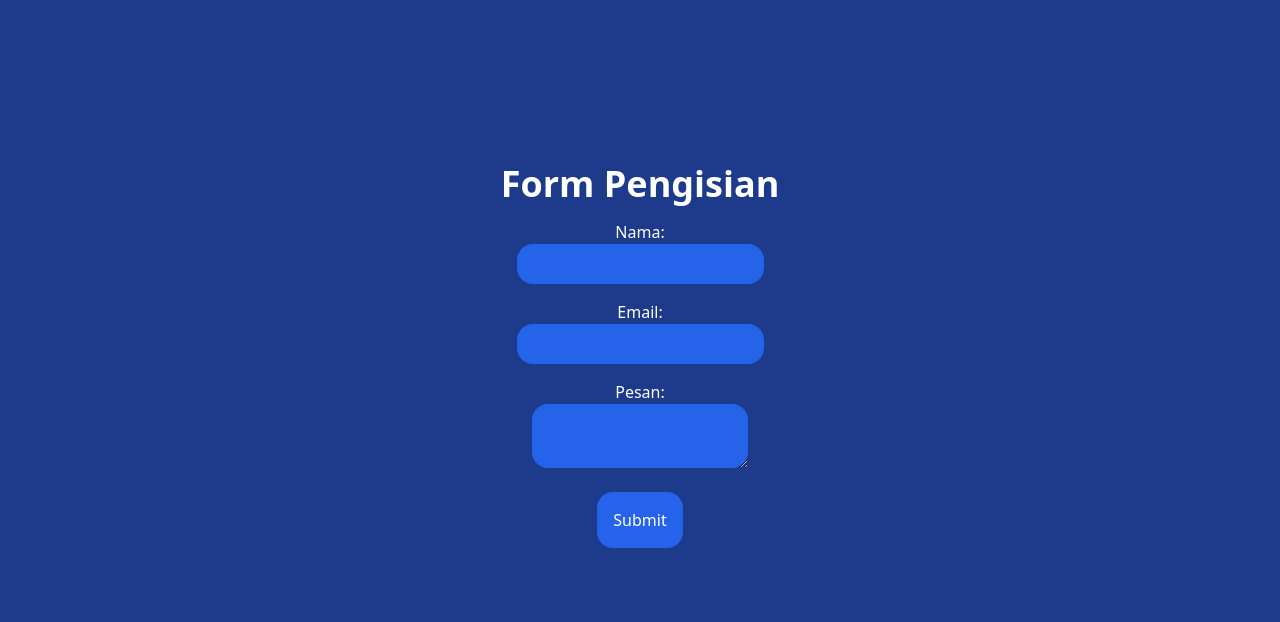
Repository: RifaiKN/flask-week10
Page: http://localhost/form/
The author's editor kept a copy of each file at every save. The page is drawn from the files as they stood at one save, then again after the next save.
The browser window is 1280 px wide. The pictures show the whole page.
The page is served by the project's application, run on Flask 3 (app.py). Other server files are loaded and not shown.

Above is the page before, as saved 2023-11-17 22:42:35.

### templates/form.html
<!DOCTYPE html>
<html lang="en">

<head>
    <meta charset="UTF-8">
    <meta name="viewport" content="width=device-width, initial-scale=1.0">
    <title>Form</title>
    <link rel="stylesheet" href="https://unpkg.com/tailwindcss@^2.2/dist/tailwind.min.css">
</head>

<body class="bg-blue-900 text-white flex flex-col items-center justify-center min-h-screen">
    <h1 class="text-4xl font-bold mb-4">Form Pengisian</h1>
    <form action="/form/" method="post" class="flex flex-col items-center">
        <label for="nama" class="text-white">Nama:</label>
        <input type="text" id="nama" name="nama" required
            class="bg-blue-600 text-white p-2 rounded-2xl focus:outline-none focus:ring focus:border-blue-300 mb-4">
        <label for="email" class="text-white">Email:</label>
        <input type="email" id="email" name="email" required
            class="bg-blue-600 text-white p-2 rounded-2xl focus:outline-none focus:ring focus:border-blue-300 mb-4">
        <label for="pesan" class="text-white">Pesan:</label>
        <textarea id="pesan" name="pesan" required
            class="bg-blue-600 text-white p-2 rounded-2xl focus:outline-none focus:ring focus:border-blue-300 mb-4"></textarea>
        <button type="submit"
            class="m-2 p-4 bg-blue-600 hover:bg-blue-700 rounded-2xl text-white focus:outline-none focus:ring focus:border-blue-300">
            Submit
        </button>
    </form>
</body>

</html>

### app.py
from flask import Flask, render_template, request, redirect
from fibonacci import get_fibonacci_sequence
from csv2json import tampilkan_data
import csv

app = Flask(__name__)

# Route untuk homepage - Nomor 1
@app.route('/')
def home():
    return render_template('home.html')

@app.route('/profil')
def profil():
    return render_template('profil.html')

@app.route('/hobi')
def hobi():
    return render_template('hobi.html')

@app.route('/pendidikan')
def pendidikan():
    return render_template('pendidikan.html')

@app.route('/pengalaman')
def pengalaman():
    return render_template('pengalaman.html')

# Route untuk Fibonacci - Nomor 2
@app.route('/fibonacci', methods=['GET', 'POST'])
def fibonacci():
    result = None
    error = None
    if request.method == 'POST':
        try:
            length = int(request.form['length'])
            if length < 0:
                raise ValueError("Deret Fibonacci tidak boleh kurang dari 0")
            result = get_fibonacci_sequence(length)
        except ValueError as e:
            error = str(e)

    return render_template('fibonacci.html', result=result, error=error)

# Route untuk CSV2JSON - Nomor 3
@app.route('/getjson')
def csvtojson():
    return tampilkan_data()

# Route untuk Form - Nomor 4
@app.route('/form/', methods=['GET', 'POST'])
def form():
    if request.method == 'POST':
        try:
            nama = request.form['nama']
            email = request.form['email']
            pesan = request.form['pesan']

            # Simpan data ke file forms.csv
            with open('static/forms.csv', 'a', newline='') as csvfile:
                fieldnames = ['Nama', 'Email', 'Pesan']
                writer = csv.DictWriter(csvfile, fieldnames=fieldnames)

                # Tulis data ke file CSV
                writer.writerow({'Nama': nama, 'Email': email, 'Pesan': pesan})

            return redirect('/hasilform/')  # Redirect ke halaman /hasilform/

        except Exception as e:
            return f"An error occurred: {str(e)}"

    return render_template('form.html')


@app.route('/hasilform/')
def hasil_form():
    # Baca data dari file forms.csv
    with open('static/forms.csv', 'r') as csvfile:
        reader = csv.DictReader(csvfile)
        data = list(reader)

    return render_template('hasilform.html', data=data)

if __name__ == "__main__":
    app.run(debug=True)

After the next save:
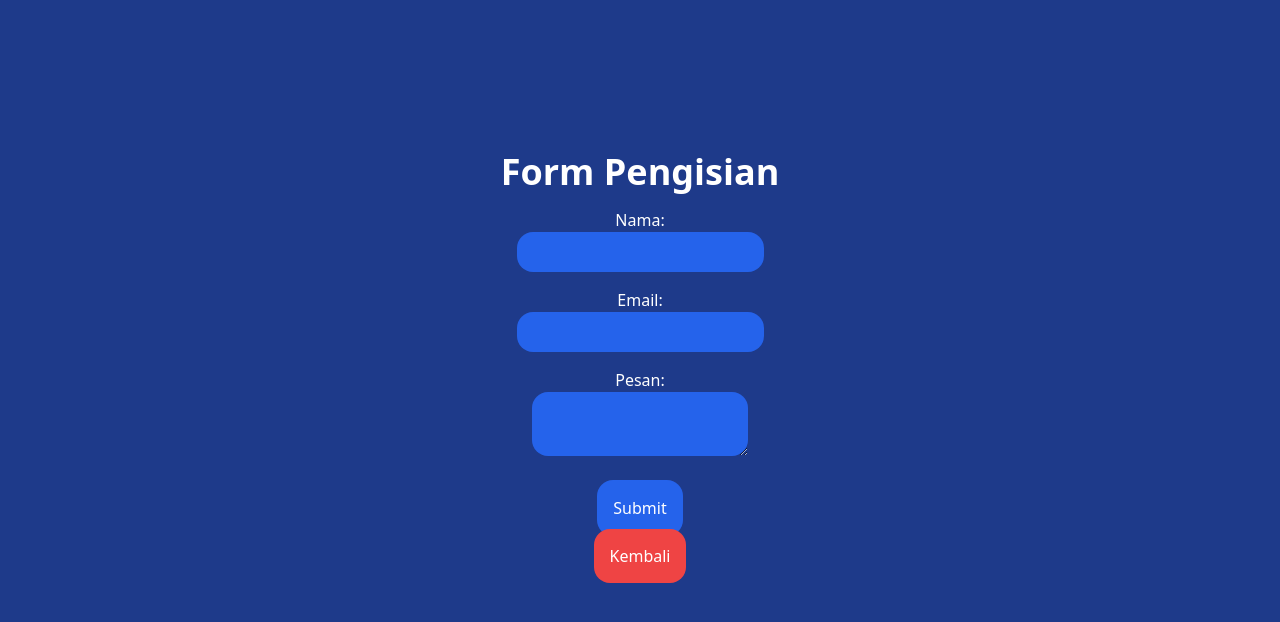
Saved 3 s later.
--- a/templates/form.html
+++ b/templates/form.html
@@ -25,6 +25,9 @@
             Submit
         </button>
     </form>
+    <div>
+        <a href="/" class="m-4 p-4 bg-red-500 hover:bg-red-600 rounded-2xl text-white">Kembali</a>
+    </div>
 </body>
 
 </html>
